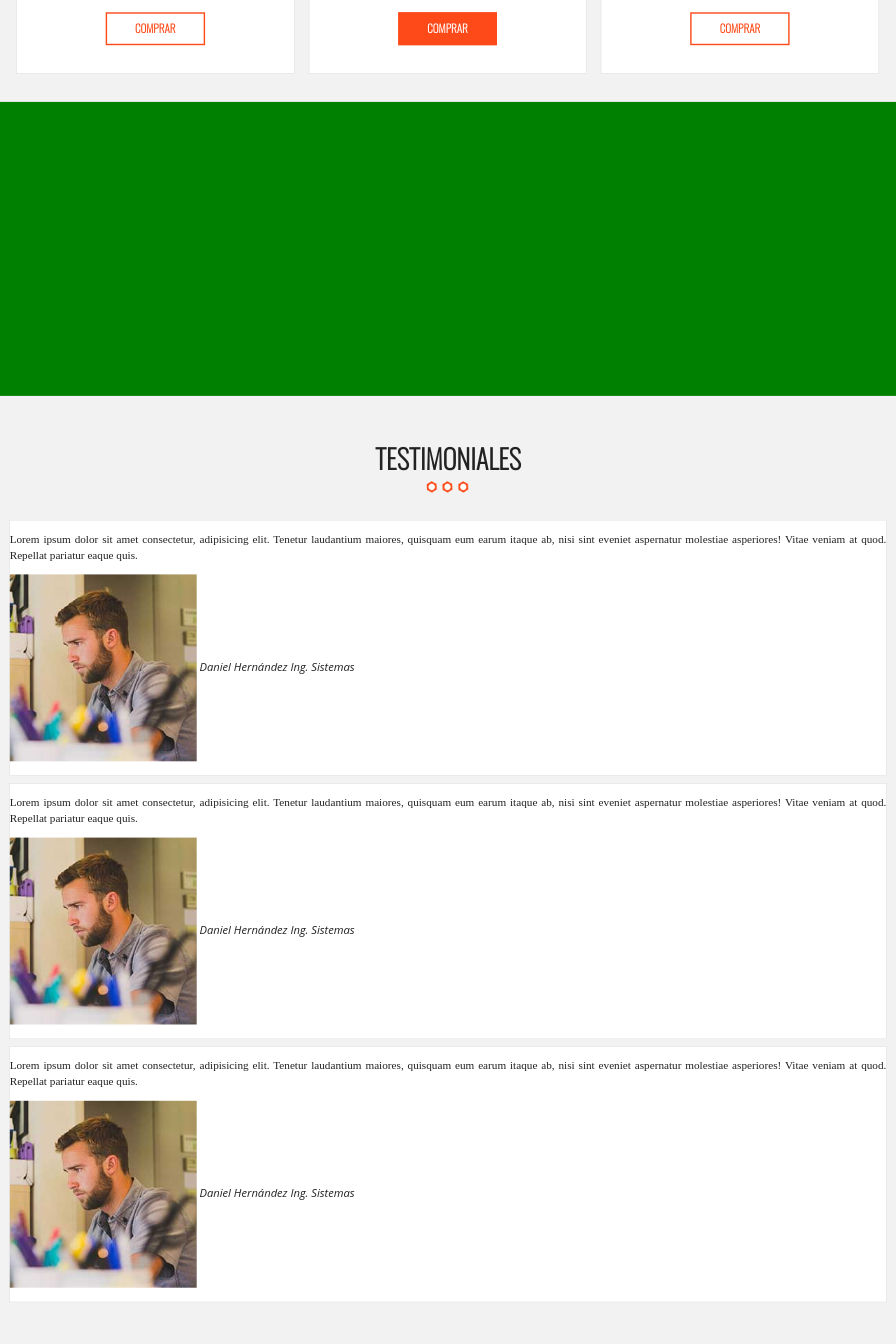
Repository: edgarhdzp/pagina-conferencias-reservaciones
Page: index.html
These files come from the project's save history. The page is drawn as it stood at one moment and after a run of saves; the edit follows.
The browser window is 1280 px wide. The pictures show the part of the page from y = 3892 to 5812 px (the page is 5812 px tall), at 70% of full size.

Above is the page before, as saved 2020-07-01 19:07:53.

After the next 2 saves:
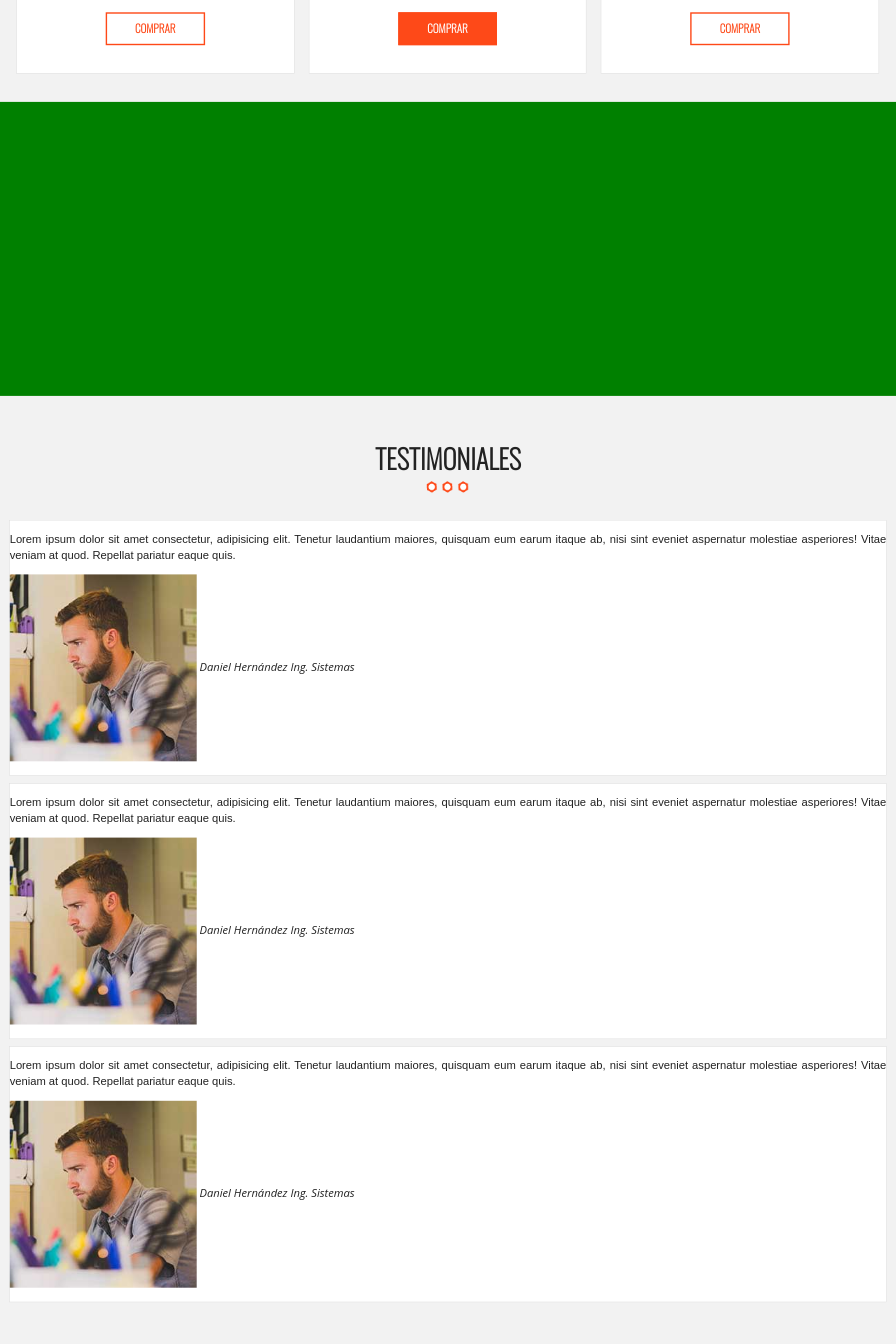
The 2 saves are shown as one change because they came seconds apart.
The last was saved 8 s later.
--- a/css/main.css
+++ b/css/main.css
@@ -668,7 +668,8 @@ blockquote {
 blockquote p {
     text-align: justify!important;
     font-size: 1em!important;
-    font-family: 'PT Sans';
+    font-family: 'PT Sans', sans-serif;
+    padding: ;
 }
 
 
